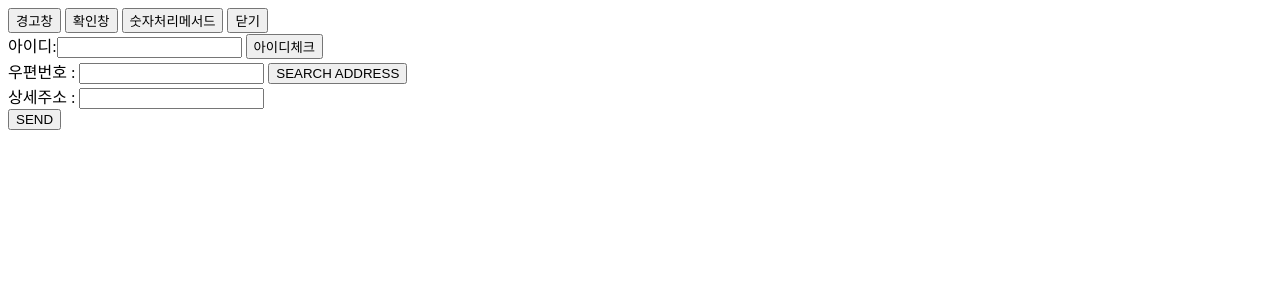
Repository: insunkang/JSP
Page: clientweb/WebContent/js_bom/js_window_test01.html
The author's editor kept a copy of each file at every save. The page is drawn from the files as they stood at one save, then again after the next save.
The browser window is 1280 px wide. The pictures show the whole page.

Above is the page before, as saved 2020-01-08 07:36:48.

After the next save:
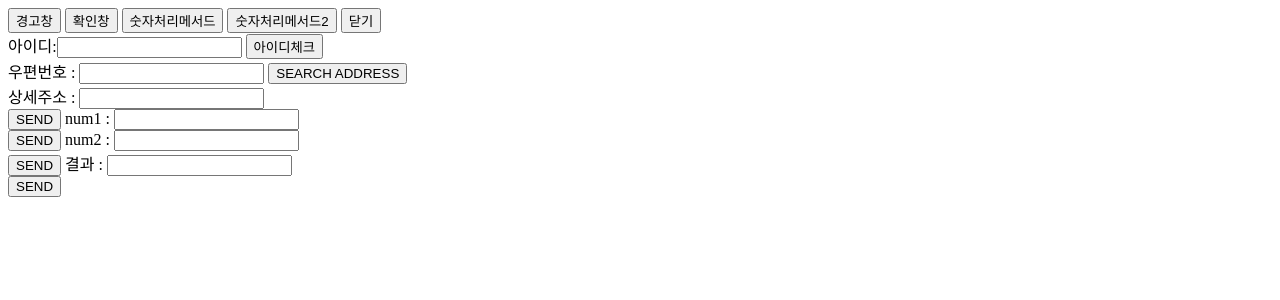
Saved 16 h 47 min later.
--- a/clientweb/WebContent/js_bom/js_window_test01.html
+++ b/clientweb/WebContent/js_bom/js_window_test01.html
@@ -27,6 +27,12 @@
 			//opener의 id에 입력한 값을 팝업의 data로 넘긴다.
 			//mypopup2.document.mypopup.data.value = myform.id.value
 		}
+		function test_number() {
+			num1 = myform.num1.value ; //value속성이 = 오른쪽에 있으면 getter의 역할
+		}
+		function test_number() {
+
+		}
 	</script>
 </head>
 <body>
@@ -34,6 +40,7 @@
 	<button onClick="window.alert('경고창')">경고창</button>
 	<button onClick="testConfirm()">확인창</button>
 	<button onClick="test_number()">숫자처리메서드</button>
+	<button onClick="test_number2()">숫자처리메서드2</button>
 	<button onClick="window.close()">닫기</button>
 
 
@@ -47,6 +54,12 @@
 
 		상세주소 : <input type="text" name="address"><br>
 		<input type="submit" value="SEND">
+		num1 : <input type="text" name="num1"><br>
+		<input type="submit" value="SEND">
+		num2 : <input type="text" name="num2"><br>
+		<input type="submit" value="SEND">
+		결과 : <input type="text" name="result"><br>
+		<input type="submit" value="SEND">
 	</form>
 </body>
 </html>
